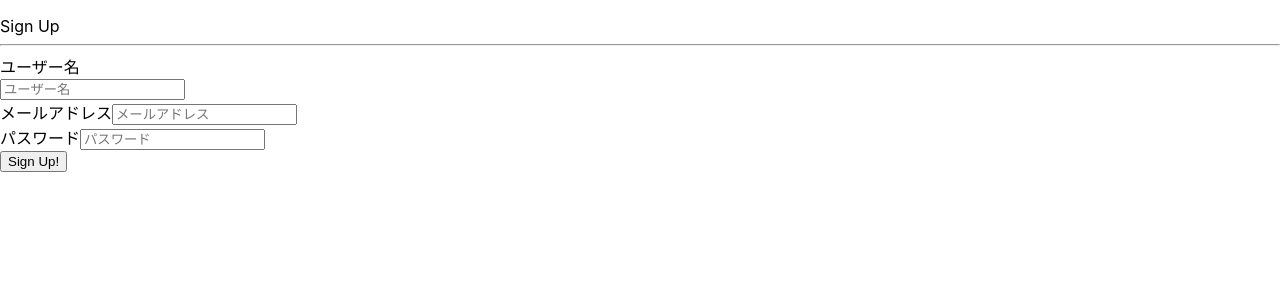
Repository: tosaken1116/Backs-of-seniors-hackathon
Page: /components/SignUpModal
An editor plug-in stored every save of this project. The page is shown before and after the next save, followed by the edit.
The browser window is 1280 px wide. The pictures show the whole page.
The project was rebuilt for these pictures with package versions that can differ from the ones it lists, and the page was loaded fresh each time. The framework's server and built-in components were replaced by stand-ins that run in the browser. Also part of the build but not shown: next.config.js.

Above is the page before, as saved 2022-07-17 12:12:07.

### pages/_document.js
import Document, { Head, Html, Main, NextScript } from 'next/document'

class MyDocument extends Document {
  render() {
    return (
      <Html>
        <Head>
          <link
            href="https://fonts.googleapis.com/css2?family=Inter&display=optional"
            rel="stylesheet"
          />
        </Head>
        <body>
          <Main />
          <NextScript />
        </body>
      </Html>
    )
  }
}

export default MyDocument

### pages/components/SignUpModal.tsx
import { useState } from "react";
export default function SignInModal() {
    type loginElement = {
        username: string;
        email: string;
        password: string;
    };
    type register = {
        registeredemail: string;
        registeredpassword: string;
    };

    let initialValues = { username: "", email: "", password: "" };
    const [formValues, setFormValues] = useState<loginElement>(initialValues);
    const [formErrors, setFormErrors] = useState<loginElement>(initialValues);
    // const [isSubmit, setIsSubmit] = useState(false);

    const handleChange = (event) => {
        // console.log(event.target);
        const { name, value } = event.target;
        setFormValues({ ...formValues, [name]: value });
    };

    const handleSubmit = (event) => {
        event.preventDefault();
        //ログイン情報の送信
        //バリデーションチェック
        {
            /*setFormErrors(validate(formValues));
        console.log(formErrors);*/
        }
        // setIsSubmit(true);
    };

    /*const validate = (values) => {
        const errors: loginElement = initialValues;
        if (!values.username) {
            errors.username = "ユーザー名を入力してください";
        }
        if (!values.email) {
            errors.email = "メールアドレスを入力してください";
        }
        if (!values.password) {
            errors.password = "パスワードを入力してください";
        } else if (values.password.length < 4) {
            errors.password =
                "4文字以上15文字以下のパスワードを入力してください";
        } else if (values.password.length > 15) {
            errors.password =
                "4文字以上15文字以下のパスワードを入力してください";
        }
        // console.log(errors);
        return errors;
    };
    };*/

    return (
        <p className="text-center">
            <div>
                <div className="mt-32">
                    {/* <div className="bg-rose-400"></div> */}
                    <div>
                        <div className="flex-initial bg-rose-300 ">
                            <div>Sign Up</div>
                        </div>
                        <div className="formcontainer">
                            <form onSubmit={(event) => handleSubmit(event)}>
                                <hr />
                                <div className="uiForm">
                                    <div className="mb-5 formField">
                                        <label>ユーザー名</label>
                                        <br></br>
                                        <input
                                            type="text"
                                            placeholder="ユーザー名"
                                            name="username"
                                            required
                                            onChange={(event) =>
                                                handleChange(event)
                                            }
                                        />
                                        {/* <div>{formErrors.username}</div> */}
                                    </div>
                                    {/* <p className="errormsg">{formErrors.username}</p> */}
                                    <div className="mb-5 formField ">
                                        <label>メールアドレス</label>
                                        <input
                                            type="text"
                                            placeholder="メールアドレス"
                                            name="email"
                                            required
                                            onChange={(event) =>
                                                handleChange(event)
                                            }
                                        />
                                        {/* <div>{formErrors.email}</div> */}
                                    </div>
                                    {/* <p className="errormsg">{formErrors.email}</p> */}
                                    <div className="mb-5 formField ">
                                        <label>パスワード</label>
                                        <input
                                            type="password"
                                            placeholder="パスワード"
                                            name="password"
                                            required
                                            onChange={(event) =>
                                                handleChange(event)
                                            }
                                        />
                                    </div>
                                    {/* <div>{formErrors.password}</div> */}
                                    {/* <p className="errormsg">{formErrors.password}</p> */}
                                    <div className="m-3">
                                        <button className="px-2 py-1 bg-green-400 text-xl text-white font-semibold rounded hover:bg-green-500">
                                            Sign Up!
                                        </button>
                                    </div>
                                    {/* {Object.keys isSubmit && ( <div>サインアップ完了</div>)}*/}
                                </div>
                            </form>
                        </div>
                    </div>
                </div>
            </div>
        </p>
    );
}

Loaded but not shown: pages/_app.js (common file); styles/globals.css (common file)

After the next save:
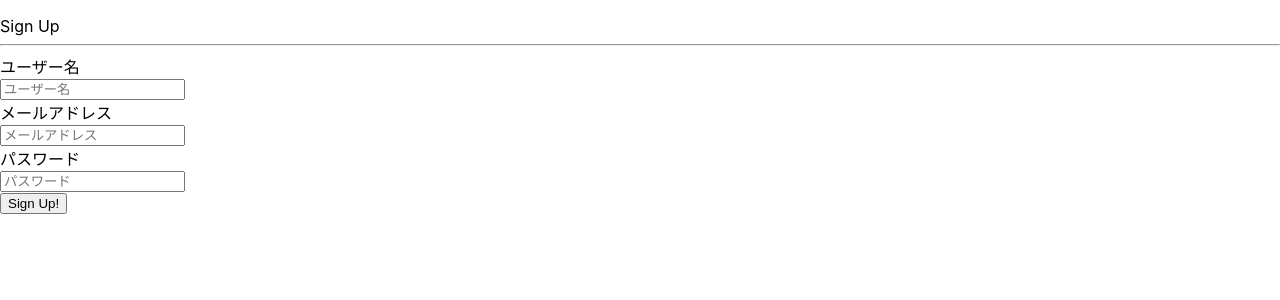
Saved 24 s later.
--- a/pages/components/SignUpModal.tsx
+++ b/pages/components/SignUpModal.tsx
@@ -84,6 +84,7 @@ export default function SignInModal() {
                                     {/* <p className="errormsg">{formErrors.username}</p> */}
                                     <div className="mb-5 formField ">
                                         <label>メールアドレス</label>
+                                        <br></br>
                                         <input
                                             type="text"
                                             placeholder="メールアドレス"
@@ -98,6 +99,7 @@ export default function SignInModal() {
                                     {/* <p className="errormsg">{formErrors.email}</p> */}
                                     <div className="mb-5 formField ">
                                         <label>パスワード</label>
+                                        <br></br>
                                         <input
                                             type="password"
                                             placeholder="パスワード"
